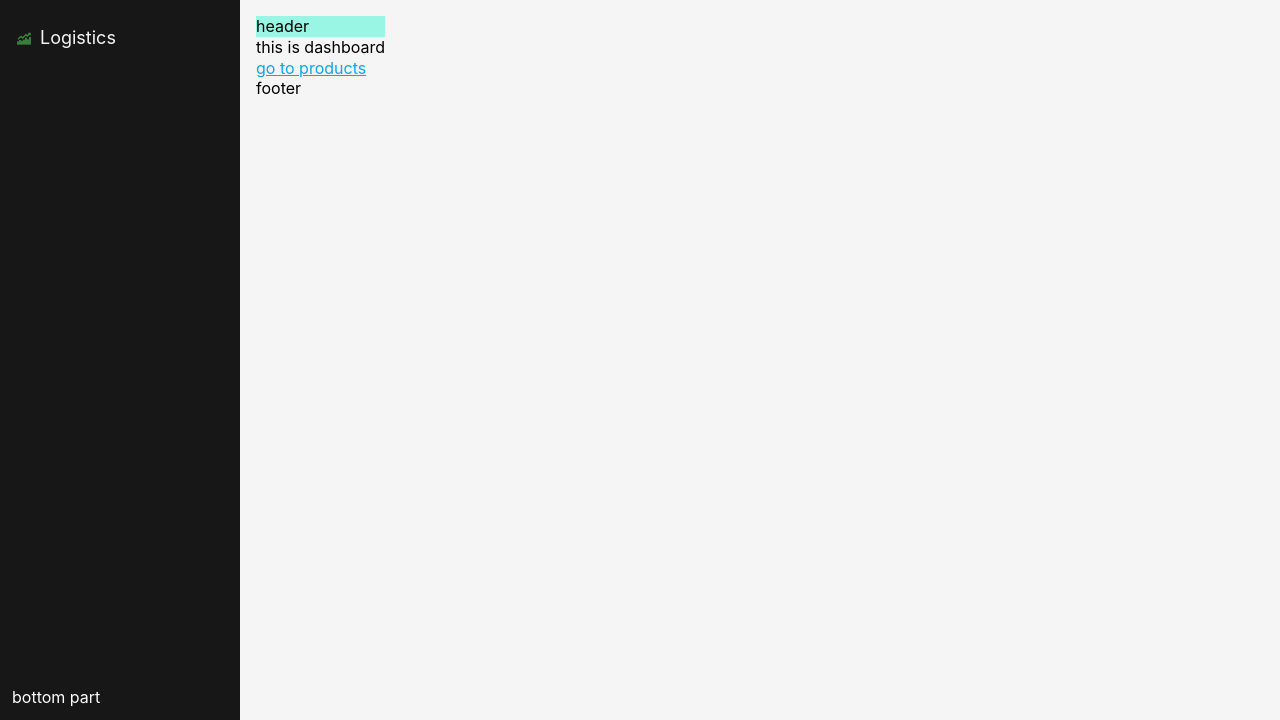
Repository: Mayar2222/Dashboard
Page: /
These files come from the project's save history. The page is drawn as it stood at one moment and after the next save; the edit follows.
The browser window is 1280 px wide. The pictures show the whole page.
The project was rebuilt for these pictures with package versions that can differ from the ones it lists, and the page was loaded fresh each time. Also part of the build but not shown: src/components/Products.jsx.

Above is the page before, as saved 2024-07-17 21:46:01.

After the next save:
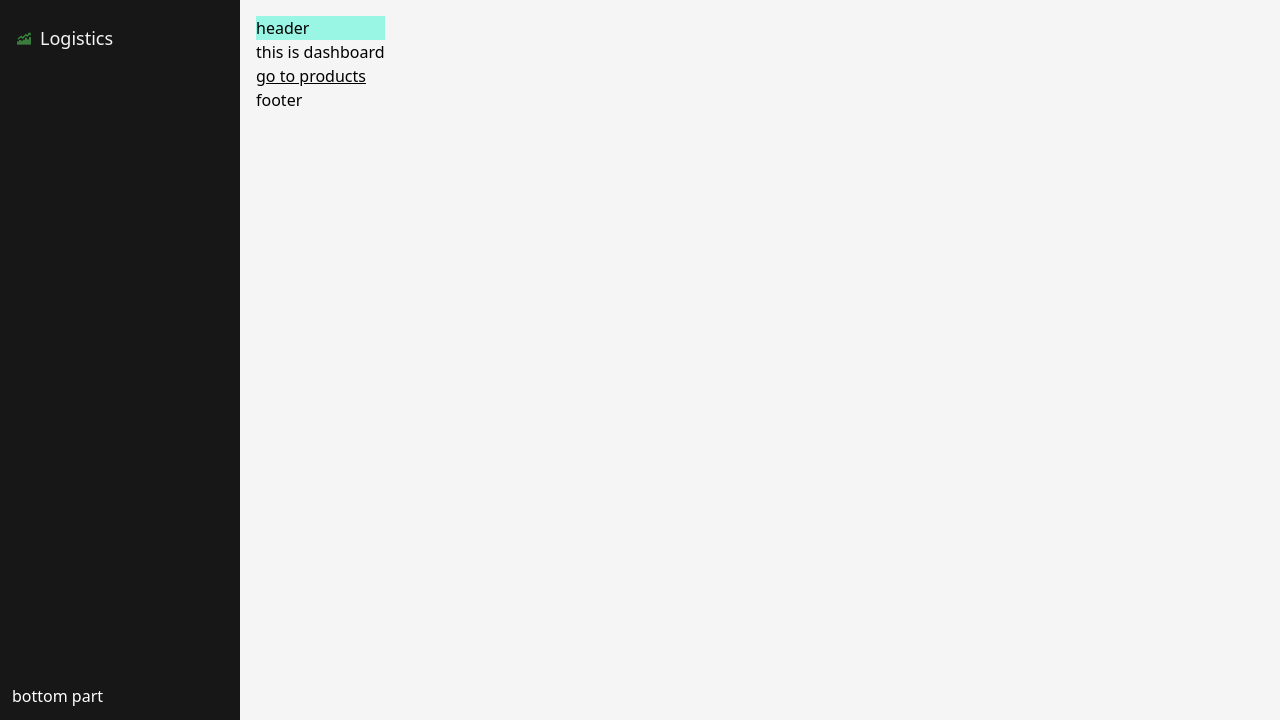
Saved 4 s later.
--- a/src/index.css
+++ b/src/index.css
@@ -4,26 +4,3 @@
 @tailwind base;
 @tailwind components;
 @tailwind utilities;
-
-@layer base {
-    html {
-        font-family: 'Inter', sans-serif;
-        line-height: 1.3;
-    }
-    table {
-        /* Add any specific styles for the table here if needed */
-    }
-    th,
-    td {
-        @apply py-3 px-2.5 text-sm text-left border-y border-gray-200;
-    }
-    thead {
-        @apply bg-neutral-100;
-    }
-    th {
-        @apply font-semibold;
-    }
-    a {
-        @apply text-sky-500 hover:underline;
-    }
-}

After the save that followed:
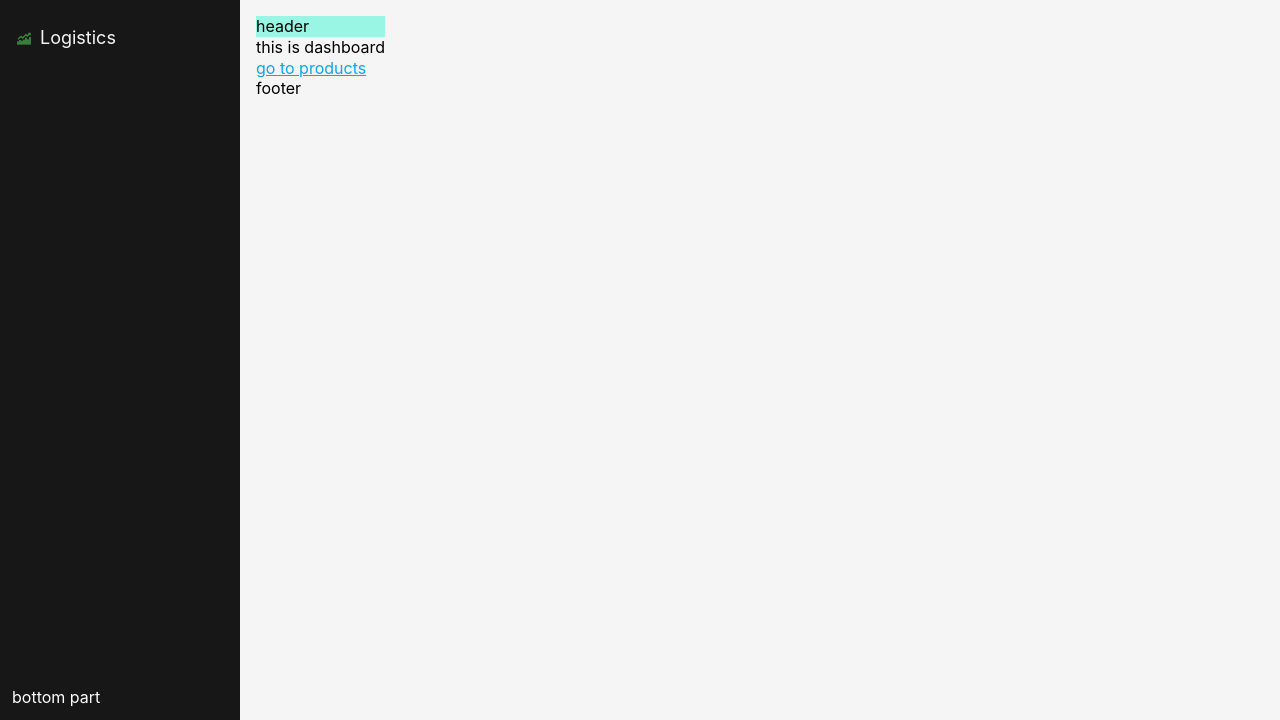
Saved 8 s later.
--- a/src/index.css
+++ b/src/index.css
@@ -4,3 +4,26 @@
 @tailwind base;
 @tailwind components;
 @tailwind utilities;
+
+@layer base {
+    html {
+        font-family: 'Inter', sans-serif;
+        line-height: 1.3;
+    }
+    table {
+        /* Add any specific styles for the table here if needed */
+    }
+    th,
+    td {
+        @apply py-3 px-2.5 text-sm text-left border-y border-gray-200;
+    }
+    thead {
+        @apply bg-neutral-100;
+    }
+    th {
+        @apply font-semibold;
+    }
+    a {
+        @apply text-sky-500 hover:underline;
+    }
+}
